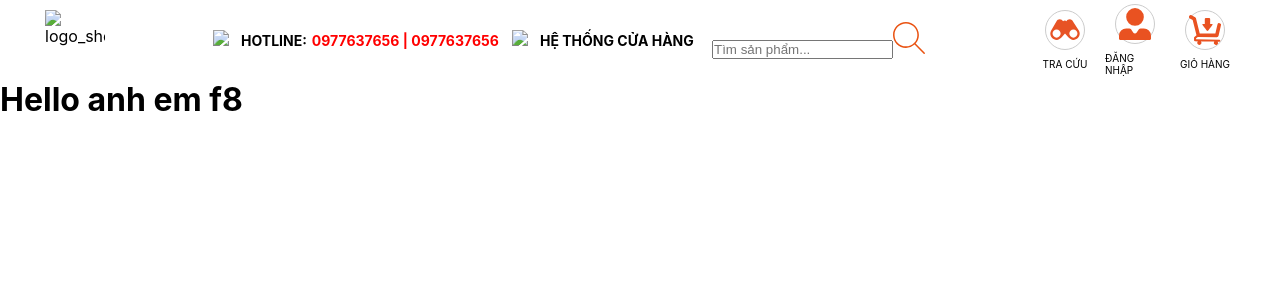
Repository: manhhieu120499/BadmintonShop
Page: /
The author's editor kept a copy of each file at every save. The page is drawn from the files as they stood at one save, then again after the next save.
The browser window is 1280 px wide. The pictures show the whole page.
The project was rebuilt for these pictures with package versions that can differ from the ones it lists, and the page was loaded fresh each time.

Above is the page before, as saved 2024-08-19 11:25:50.

### src/App.js
import './App.css';
import { DefaultLayout } from './layouts/DefaultLayout';

function App() {
	return (
		<DefaultLayout>
			<div className="App">
				<h1>Hello anh em f8</h1>
			</div>
		</DefaultLayout>
	);
}

export default App;

### src/App.css
/*reset css*/
* {
	margin: 0;
	padding: 0;
	box-sizing: border-box;
}

### src/layouts/DefaultLayout/DefaultLayout.js
import classNames from 'classnames/bind';
import styles from './DefaultLayout.module.scss';
import { Header } from '../components/';

const cx = classNames.bind(styles);

function DefaultLayout({ children }) {
	return (
		<div className={cx('container')}>
			<Header />
			{children}
		</div>
	);
}

export default DefaultLayout;

### src/layouts/DefaultLayout/DefaultLayout.module.scss
.container {
	width: 100vw;
	min-height: 100vh;
	background-color: white;
}

### src/layouts/components/Header/Header.js
import classNames from 'classnames/bind';
import styles from './Header.module.scss';
import images from '../../../assets/images';
import Search from '../Search';
import { LookupIcon, ShoppingCart, UserIcon } from '../../../components/Icons';
import Button from '../../../components/Button';
const cx = classNames.bind(styles);
function Header() {
	return (
		<div className={cx('wrapper')}>
			<img
				className={cx('logo-brand')}
				src={images.logo}
				alt="logo_shop"
			/>
			<div className={cx('header-content')}>
				<div className={cx('info-contact')}>
					{/** icon */}
					<img
						src={images.phone_call}
						alt="telesale"
						className={cx('image-telesale')}
					/>
					<div className={cx('contact')}>
						<p className={cx('contact_title')}>HOTLINE:</p>
						<p className={cx('contact_number')}>
							<span>0977637656</span>
							<span> | </span>
							<span>0977637656</span>
						</p>
					</div>
				</div>
				<div className={cx('other-company')}>
					{/** icon */}
					<img
						src={images.map}
						alt="map"
						className={cx('image-map')}
					/>
					<p className={cx('company-title')}>HỆ THỐNG CỬA HÀNG</p>
				</div>
				<Search />
			</div>
			<div className={cx('other')}>
				<Button title={'Tra cứu'} Icon={LookupIcon} />
				<Button title={'Đăng nhập'} Icon={UserIcon} />
				<Button title={'Giỏ hàng'} Icon={ShoppingCart} />
			</div>
		</div>
	);
}

export default Header;

### src/layouts/components/Header/Header.module.scss
.wrapper {
	height: 80px;
	width: 100%;
	padding: 0px 45px;
	display: flex;
	justify-content: space-between;
	align-items: center;
}

.logo-brand {
	width: 60px;
	height: 60px;
	display: inline-block;
}

.header-content {
	display: flex;
	align-items: center;
	justify-content: space-between;
	width: 60%;
}

.info-contact {
	display: flex;
	align-items: center;
}

.contact {
	display: flex;
	align-items: center;
}

.contact_title,
.company-title {
	font-weight: bold;
	margin-right: 5px;
	font-size: 14px;
}

.company-title:hover {
	color: red;
	cursor: pointer;
}

.contact_number > span {
	font-weight: bold;
	font-size: 14px;
	color: red;
}

.contact_number:hover > span {
	color: black;
	cursor: pointer;
}

.image-telesale,
.image-map {
	width: 20px;
	height: 20px;
	margin-right: 8px;
}

.other-company {
	display: flex;
	align-items: center;
}

.other {
	display: flex;
	align-items: center;
	gap: 10px;
}

### src/assets/images/index.js
const images = {
	logo: require('../images/logo.svg').default,
	phone_call: require('../images/phone-call.svg').default,
	map: require('../images/pin-white.svg').default,
};

export default images;

### src/layouts/components/Search/Search.js
import classNames from 'classnames/bind';
import styles from './Search.module.scss';
import { SearchIcon } from '../../../components/Icons/Icon';
const cx = classNames.bind(styles);

function Search() {
	return (
		<div className={cx('wrapper')}>
			<input placeholder="Tìm sản phẩm..." />
			<SearchIcon />
		</div>
	);
}

export default Search;

### src/components/Icons/Icon.js
export const LookupIcon = ({ width = '2rem', height = '2rem' }) => {
	return (
		<svg
			version="1.1"
			id="Layer_1"
			xmlns="http://www.w3.org/2000/svg"
			x="0px"
			y="0px"
			viewBox="0 0 850.39 850.39"
			width={width}
			height={height}
		>
			<path
				fill="#E75325"
				d="M797.17,444.28L641.85,206.29c-14.4-37.32-50.59-63.8-92.99-63.8c-35.78,0-67.14,18.86-84.72,47.18
								   c-11.68-9.55-26.59-15.28-42.85-15.28c-18.79,0-35.78,7.65-48.06,20c-16.92-30.92-49.75-51.89-87.48-51.89
								   c-38.92,0-72.61,22.33-89.02,54.86L53.74,443.61c-12.2,23.22-19.14,49.61-19.14,77.61c0,92.32,75.11,167.44,167.44,167.44
								   c55.47,0,95.68-27.91,135.19-68.81l88.06-98.63l88.06,98.63c39.51,36.92,79.72,68.81,135.19,68.81
								   c92.33,0,167.44-75.11,167.44-167.44C815.97,493.49,809.15,467.34,797.17,444.28z M202.03,628.85
								   c-59.45,0-107.64-48.19-107.64-107.64s48.19-107.64,107.64-107.64s107.64,48.19,107.64,107.64S261.48,628.85,202.03,628.85z
									M648.53,628.85c-59.45,0-107.64-48.19-107.64-107.64s48.19-107.64,107.64-107.64s107.64,48.19,107.64,107.64
								   S707.98,628.85,648.53,628.85z"
			></path>
		</svg>
	);
};

export const UserIcon = ({ width = '2rem', height = '2rem' }) => {
	return (
		<svg
			xmlns="http://www.w3.org/2000/svg"
			viewBox="0 0 245.86 244.44"
			fill="#E95221"
			width={width}
			height={height}
		>
			<path
				d="M249.31,163.93H225.14a16.46,16.46,0,0,0-13.49,7l-16.9,24.18a16.46,16.46,0,0,1-27.12-.18l-16.17-23.82a16.48,16.48,0,0,0-13.62-7.22H114.11a55.34,55.34,0,0,0-55.33,55.34v24.55A8.23,8.23,0,0,0,67,252.06h229.4a8.24,8.24,0,0,0,8.23-8.24V219.27A55.34,55.34,0,0,0,249.31,163.93Zm-67.57-20.58a67.87,67.87,0,1,0-67.86-67.87A67.86,67.86,0,0,0,181.74,143.35Z"
				transform="translate(-58.78 -7.61)"
			></path>
		</svg>
	);
};

export const ShoppingCart = ({ width = '2rem', height = '2rem' }) => {
	return (
		<svg
			xmlns="http://www.w3.org/2000/svg"
			viewBox="0 0 265.71 247.92"
			fill="#E95221"
			width={width}
			height={height}
		>
			<path
				d="M298.21,71.39a14.93,14.93,0,0,0-17.88,11.2l-17.21,75-129.91-1.2L101.9,31.17a15,15,0,0,0-7.28-9.46L66.2,6.08A14.92,14.92,0,0,0,51.82,32.23L74.53,44.72l31.89,127.52L89.25,185.79A8.52,8.52,0,0,0,86,192.48v21.31a8.52,8.52,0,0,0,8.4,8.53l24.06.34A17,17,0,1,0,142,223l112.53,1.58a17,17,0,1,0,26.94.38l14.67.2h.13a8.53,8.53,0,0,0,.11-17l-193.35-2.72v-8.77l14.18-11.2a14.36,14.36,0,0,0,4.15.67l153.44,1.43H275a14.93,14.93,0,0,0,14.54-11.59l19.91-86.66A14.93,14.93,0,0,0,298.21,71.39Z"
				transform="translate(-44.09 -4.24)"
				strokeMiterlimit="10"
				strokeLinecap="round"
				strokeLinejoin="round"
			></path>
			<path
				d="M233.64,77.44H219.77V37.3a8.91,8.91,0,0,0-8.91-8.91H184.14a8.91,8.91,0,0,0-8.9,8.91V77.44H161.37c-6.14,0-8.16,4-4.5,9l10.32,13.84,13.33,17.9L190.84,132c3.67,4.92,9.67,4.92,13.33,0l10.32-13.85,13.33-17.9,10.32-13.84C241.8,81.46,239.78,77.44,233.64,77.44Z"
				transform="translate(-44.09 -4.24)"
				strokeMiterlimit="10"
				strokeLinecap="round"
				strokeLinejoin="round"
			></path>
		</svg>
	);
};

export const SearchIcon = ({ width = '2rem', height = '2rem' }) => {
	return (
		<svg
			width={width}
			height={height}
			viewBox="0 0 20 20"
			fill="none"
			xmlns="http://www.w3.org/2000/svg"
		>
			{' '}
			<path
				d="M14.1404 13.4673L19.852 19.1789C20.3008 19.6276 19.6276 20.3008 19.1789 19.852L13.4673 14.1404C12.0381 15.4114 10.1552 16.1835 8.09176 16.1835C3.6225 16.1835 0 12.5613 0 8.09176C0 3.6225 3.62219 0 8.09176 0C12.561 0 16.1835 3.62219 16.1835 8.09176C16.1835 10.1551 15.4115 12.038 14.1404 13.4673ZM0.951972 8.09176C0.951972 12.0356 4.14824 15.2316 8.09176 15.2316C12.0356 15.2316 15.2316 12.0353 15.2316 8.09176C15.2316 4.14797 12.0353 0.951972 8.09176 0.951972C4.14797 0.951972 0.951972 4.14824 0.951972 8.09176Z"
				fill="#e95211"
			></path>{' '}
		</svg>
	);
};

### src/components/Button/Button.js
import classNames from 'classnames/bind';
import styles from './Button.module.scss';

const cx = classNames.bind(styles);

function Button({ title, Icon, onClick }) {
	return (
		<div className={cx('wrapper')} onClick={onClick}>
			<div className={cx('image-icon')}>
				<Icon />
			</div>
			<p className={cx('title')}>{title.toUpperCase()}</p>
		</div>
	);
}

export default Button;

### src/layouts/components/Search/Search.module.scss
.wrapper {
	height: 30;
	min-width: 215px;
}

### src/components/Button/Button.module.scss
.wrapper {
	display: flex;
	flex-direction: column;
	align-items: center;
	width: 60px;
}

.image-icon {
	width: 40px;
	height: 40px;
	border-radius: 50%;
	border: 1px solid #ccc;
	display: flex;
	align-items: center;
	justify-content: center;
}

.title {
	margin-top: 8px;
	font-size: 10px;
}

Loaded but not shown: public/index.html (common file); src/index.js (common file); src/index.css (common file); src/reportWebVitals.js (common file); src/layouts/DefaultLayout/index.js (common file); src/layouts/components/index.js (common file); src/layouts/components/Header/index.js (common file); src/layouts/components/Search/index.js (common file); src/components/Icons/index.js (common file); src/components/Button/index.js (common file)

After the next save:
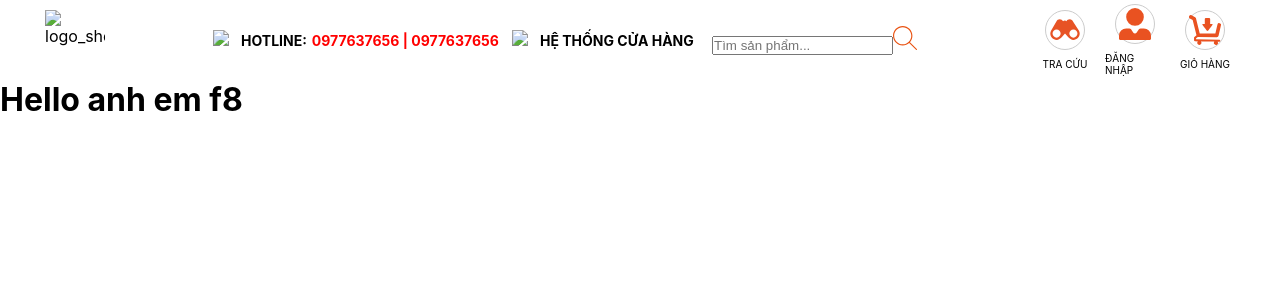
Saved 37 s later.
--- a/src/components/Icons/Icon.js
+++ b/src/components/Icons/Icon.js
@@ -69,7 +69,7 @@ export const ShoppingCart = ({ width = '2rem', height = '2rem' }) => {
 	);
 };
 
-export const SearchIcon = ({ width = '2rem', height = '2rem' }) => {
+export const SearchIcon = ({ width = '1.5rem', height = '1.5rem' }) => {
 	return (
 		<svg
 			width={width}
